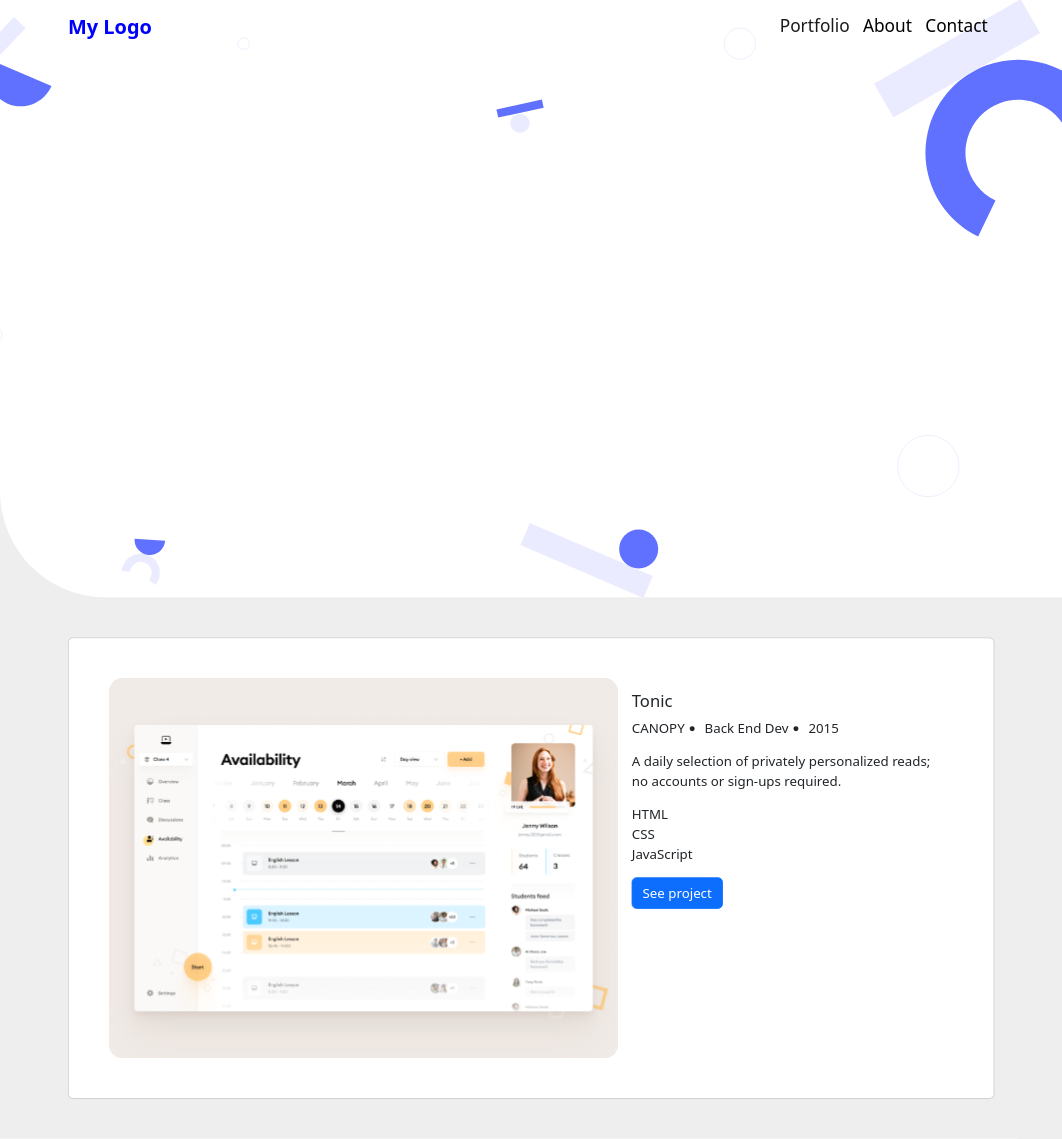
Repository: waelelsafty07/Bootstrap-Portfolio
Page: index.html
An editor plug-in stored every save of this project. The page is shown before and after the next save, followed by the edit.
The browser window is 1280 px wide. The pictures show the whole page, at 83% of full size.

Above is the page before, as saved 2023-04-04 16:51:16.

### index.html
<!DOCTYPE html>
<html lang="en">
<head>
    <meta charset="UTF-8">
    <meta http-equiv="X-UA-Compatible" content="IE=edge">
    <meta name="viewport" content="width=device-width, initial-scale=1.0">
    <title>Portfolio</title>
    <link rel="stylesheet" href="css/bootstrap.min.css"/>
    <link rel="stylesheet" href="styles.css"/>
</head>
<body>
    <header>
        <nav class="navbar navbar-expand-lg navbar-light">
            <div class="container">
              <a class="navbar-brand" href="#">My Logo</a>
              <button class="navbar-toggler" type="button" data-bs-toggle="collapse" data-bs-target="#navbarNav" aria-controls="navbarNav" aria-expanded="false" aria-label="Toggle navigation">
                <span class="navbar-toggler-icon"></span>
              </button>
              <div class="collapse navbar-collapse flex-row-reverse" id="navbarNav">
                <ul class="navbar-nav">
                  <li class="nav-item">
                    <a class="nav-link active" aria-current="page" href="#">Portfolio</a>
                  </li>
                  <li class="nav-item">
                    <a class="nav-link" href="#">About</a>
                  </li>
                  <li class="nav-item">
                    <a class="nav-link" href="#">Contact</a>
                  </li>
                </ul>
              </div>
            </div>
          </nav>
    </header>
    <main>
      <section id="works" class="works m-5">
        <div class="container">
          <div class="card flex-row p-5">
            <img src="images/Snapshoot Portfolio (1).svg" class="card-img-top" alt="...">
            <div class="card-body">
              <h5 class="card-title">Tonic</h5>
              <ul class="d-flex p-0">
                <li class="list-unstyled">CANOPY</li>
                <li class="ms-4">Back End Dev</li>
                <li class="ms-4">2015</li>
              </ul>
              <p class="card-text">A daily selection of privately personalized reads; no accounts or sign-ups required.</p>
              <ul class="list-unstyled">
                <li>HTML</li>
                <li>CSS</li>
                <li>JavaScript</li>
              </ul>
              <a href="#" class="btn btn-primary">See project</a>
            </div>
          </div>
        </div>
      </section>
    </main>

    <script src="js/bootstrap.bundle.min.js"></script>
</body>
</html>

### styles.css
body {
  background-color: #eee;
}
header {
  background-color: #fff;
  background-image: url("images/Header\ bg.svg");
  background-repeat: no-repeat;
  background-position: center;
  height: 100vh;
  border-bottom-left-radius: 8rem;
}
nav .navbar-brand {
  font-weight: bold;
  font-size: 1.5rem;
  color: blue;
}
nav .nav-link {
  font-weight: 500;
  font-size: 1.3rem;
  color: #000;
}

Loaded but not shown: css/bootstrap.min.css (library); js/bootstrap.bundle.min.js (library)

After the next save:
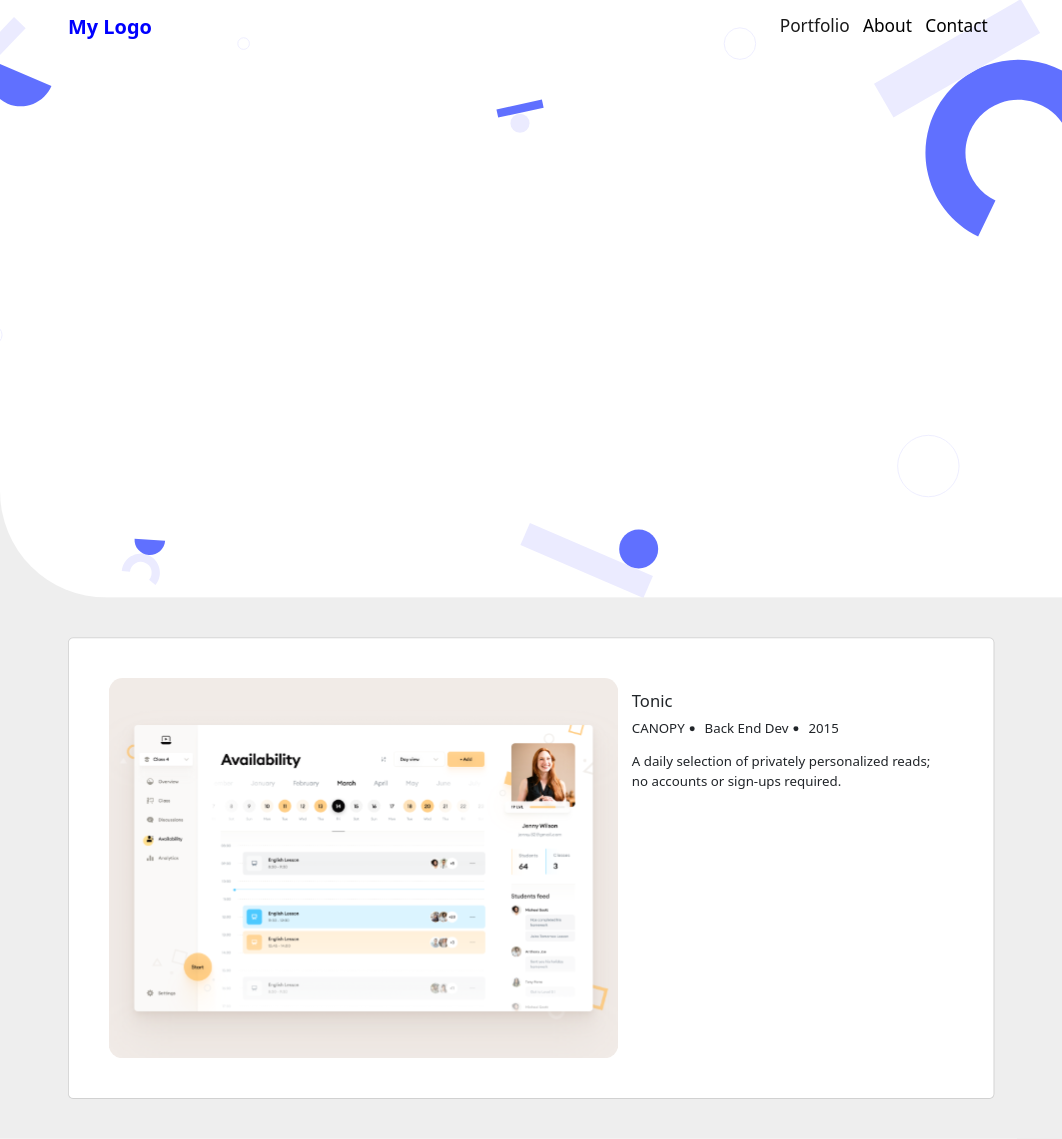
Saved 2 min 5 s later.
--- a/index.html
+++ b/index.html
@@ -46,7 +46,7 @@
               </ul>
               <p class="card-text">A daily selection of privately personalized reads; no accounts or sign-ups required.</p>
               <ul class="list-unstyled">
-                <li>HTML</li>
+                <li class="badge bg-secondary>HTML</li>
                 <li>CSS</li>
                 <li>JavaScript</li>
               </ul>
